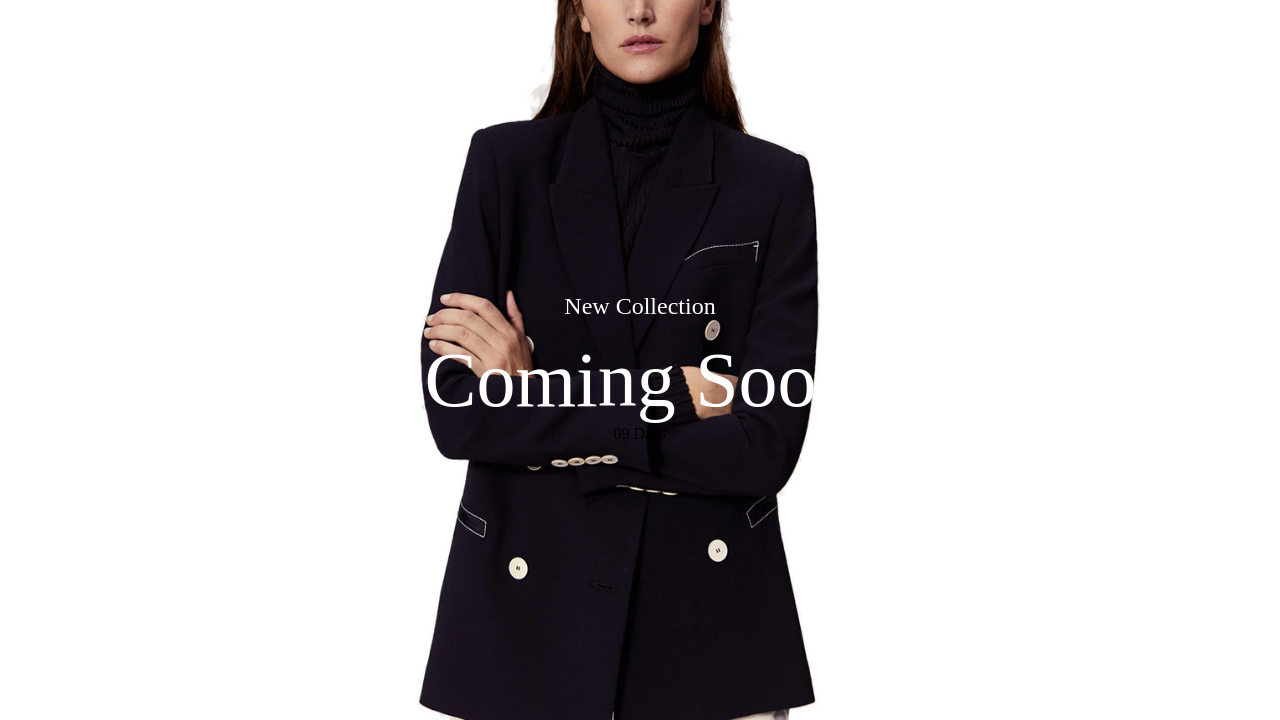
Repository: ST-United-Internship/Modaz-4life
Page: comingsoon&FAQ/coming-soon.html
An editor plug-in stored every save of this project. The page is shown before and after the next save, followed by the edit.
The browser window is 1280 px wide. The pictures show the whole page.

Above is the page before, as saved 2023-03-21 14:44:16.

After the next save:
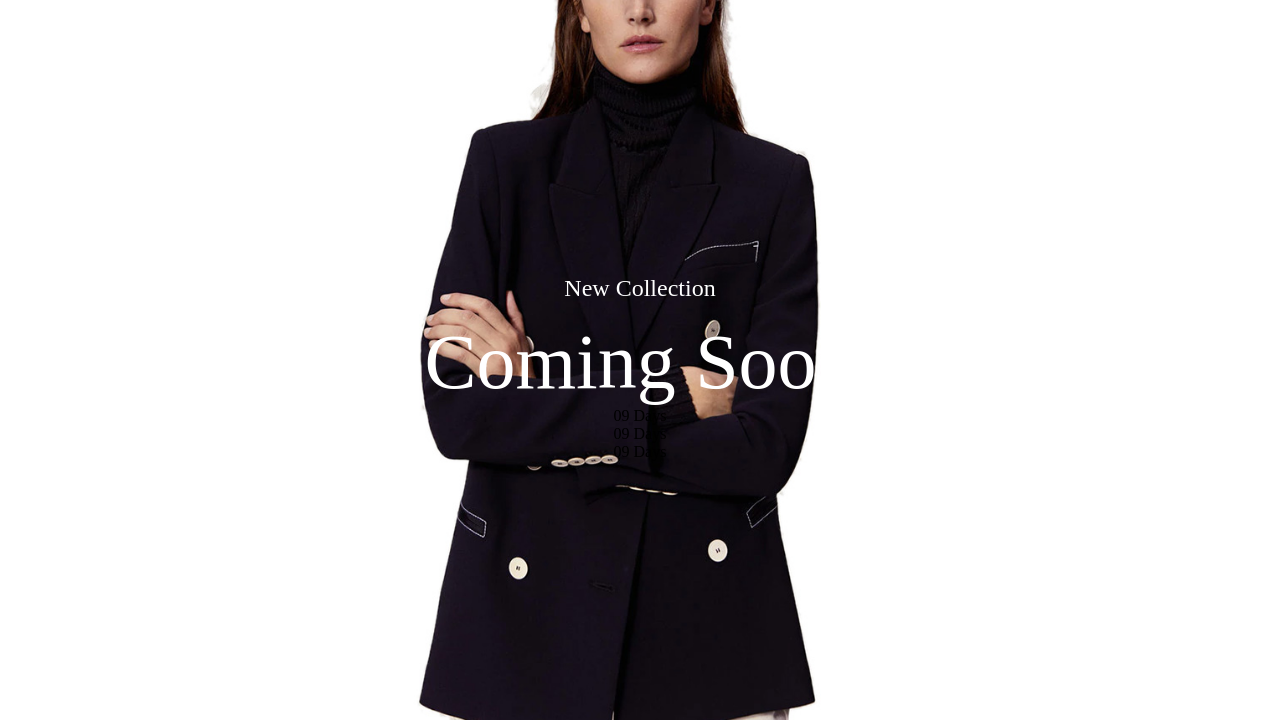
Saved 8 s later.
--- a/comingsoon&FAQ/coming-soon.html
+++ b/comingsoon&FAQ/coming-soon.html
@@ -17,6 +17,14 @@
                 <span class="number">09</span>
                 <span class="day-text">Days</span>
             </div>
+            <div class="time days">
+                <span class="number">09</span>
+                <span class="day-text">Days</span>
+            </div>
+            <div class="time days">
+                <span class="number">09</span>
+                <span class="day-text">Days</span>
+            </div>
         </div>
        </section>
     </section>
